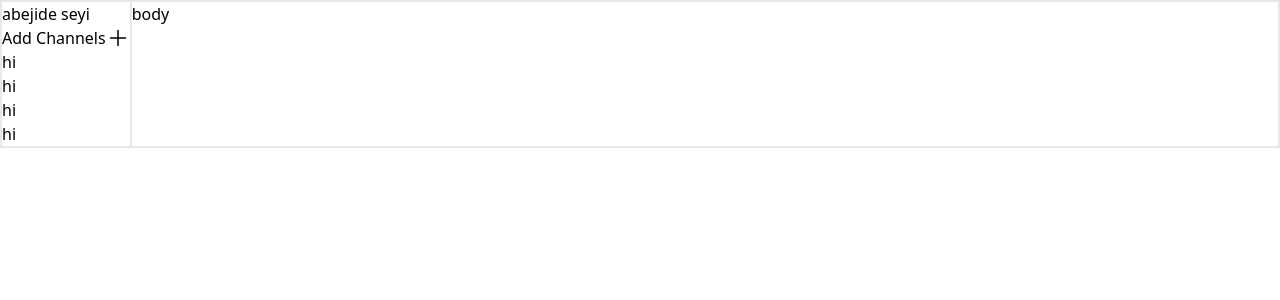
Repository: Semanmernstack/chat-mini
Page: /
An editor plug-in stored every save of this project. The page is shown before and after the next save, followed by the edit.
The browser window is 1280 px wide. The pictures show the whole page.
The project was rebuilt for these pictures with package versions that can differ from the ones it lists, and the page was loaded fresh each time. Also part of the build but not shown: src/features/counter/Counter.module.css, src/features/counter/Counter.js.

Above is the page before, as saved 2022-11-14 05:31:43.

### src/App.js
import React from 'react';
import logo from './logo.svg';
import { Counter } from './features/counter/Counter';
import Sidebar from './Sidebar';
import Body from './Body';


function App() {
  return (
    <div className="flex max-w-screen-xl mx-auto border-2">
      <Sidebar/>
      <Body/>
    </div>
  );
}

export default App;

### src/features/counter/counterSlice.js
import { createAsyncThunk, createSlice } from '@reduxjs/toolkit';
import { fetchCount } from './counterAPI';

const initialState = {
  value: 0,
  status: 'idle',
};

// The function below is called a thunk and allows us to perform async logic. It
// can be dispatched like a regular action: `dispatch(incrementAsync(10))`. This
// will call the thunk with the `dispatch` function as the first argument. Async
// code can then be executed and other actions can be dispatched. Thunks are
// typically used to make async requests.
export const incrementAsync = createAsyncThunk(
  'counter/fetchCount',
  async (amount) => {
    const response = await fetchCount(amount);
    // The value we return becomes the `fulfilled` action payload
    return response.data;
  }
);

export const counterSlice = createSlice({
  name: 'counter',
  initialState,
  // The `reducers` field lets us define reducers and generate associated actions
  reducers: {
    increment: (state) => {
      // Redux Toolkit allows us to write "mutating" logic in reducers. It
      // doesn't actually mutate the state because it uses the Immer library,
      // which detects changes to a "draft state" and produces a brand new
      // immutable state based off those changes
      state.value += 1;
    },
    decrement: (state) => {
      state.value -= 1;
    },
    // Use the PayloadAction type to declare the contents of `action.payload`
    incrementByAmount: (state, action) => {
      state.value += action.payload;
    },
  },
  // The `extraReducers` field lets the slice handle actions defined elsewhere,
  // including actions generated by createAsyncThunk or in other slices.
  extraReducers: (builder) => {
    builder
      .addCase(incrementAsync.pending, (state) => {
        state.status = 'loading';
      })
      .addCase(incrementAsync.fulfilled, (state, action) => {
        state.status = 'idle';
        state.value += action.payload;
      });
  },
});

export const { increment, decrement, incrementByAmount } = counterSlice.actions;

// The function below is called a selector and allows us to select a value from
// the state. Selectors can also be defined inline where they're used instead of
// in the slice file. For example: `useSelector((state: RootState) => state.counter.value)`
export const selectCount = (state) => state.counter.value;

// We can also write thunks by hand, which may contain both sync and async logic.
// Here's an example of conditionally dispatching actions based on current state.
export const incrementIfOdd = (amount) => (dispatch, getState) => {
  const currentValue = selectCount(getState());
  if (currentValue % 2 === 1) {
    dispatch(incrementByAmount(amount));
  }
};

export default counterSlice.reducer;

### src/Sidebar.js
import React from 'react'
import Sidebarlist from './app/Sidebarlist'

function Sidebar() {
  return (
    <div className="flex flex-col flex-0.4 border-r-2 ">
        <div>
            <h1>abejide seyi</h1>
        </div>
        <div  className="flex items-center justify-between">
           <h1>Add Channels</h1>
           <svg xmlns="http://www.w3.org/2000/svg" fill="none" viewBox="0 0 24 24" strokeWidth={1.5} stroke="currentColor" className="w-6 h-6">
                <path strokeLinecap="round" strokeLinejoin="round" d="M12 4.5v15m7.5-7.5h-15" />
            </svg>
        </div>
        <Sidebarlist/>
        <Sidebarlist/>
    </div>
  )
}

export default Sidebar

### src/Body.js
import React from 'react'

function Body() {
  return (
    <div className="flex flex-0.6">
        <h1>body</h1>
    </div>
  )
}

export default Body

### src/app/Sidebarlist.js
import React from 'react'

function Sidebarlist() {
  return (
    <div>
        <h1>hi</h1>
        <h1>hi</h1>
    </div>
  )
}

export default Sidebarlist

Loaded but not shown: public/index.html (common file); src/index.js (common file); src/app/store.js (common file); src/reportWebVitals.js (common file); src/index.css (common file); src/features/counter/counterAPI.js (common file); tailwind.config.js (common file)

After the next save:
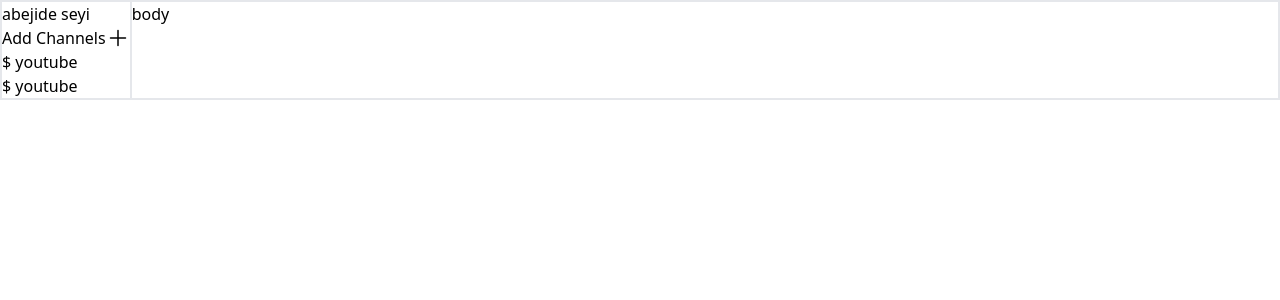
Saved 18 s later.
--- a/src/app/Sidebarlist.js
+++ b/src/app/Sidebarlist.js
@@ -3,8 +3,9 @@ import React from 'react'
 function Sidebarlist() {
   return (
     <div>
-        <h1>hi</h1>
-        <h1>hi</h1>
+        <h2>
+         $   <span>youtube</span>
+        </h2>
     </div>
   )
 }
